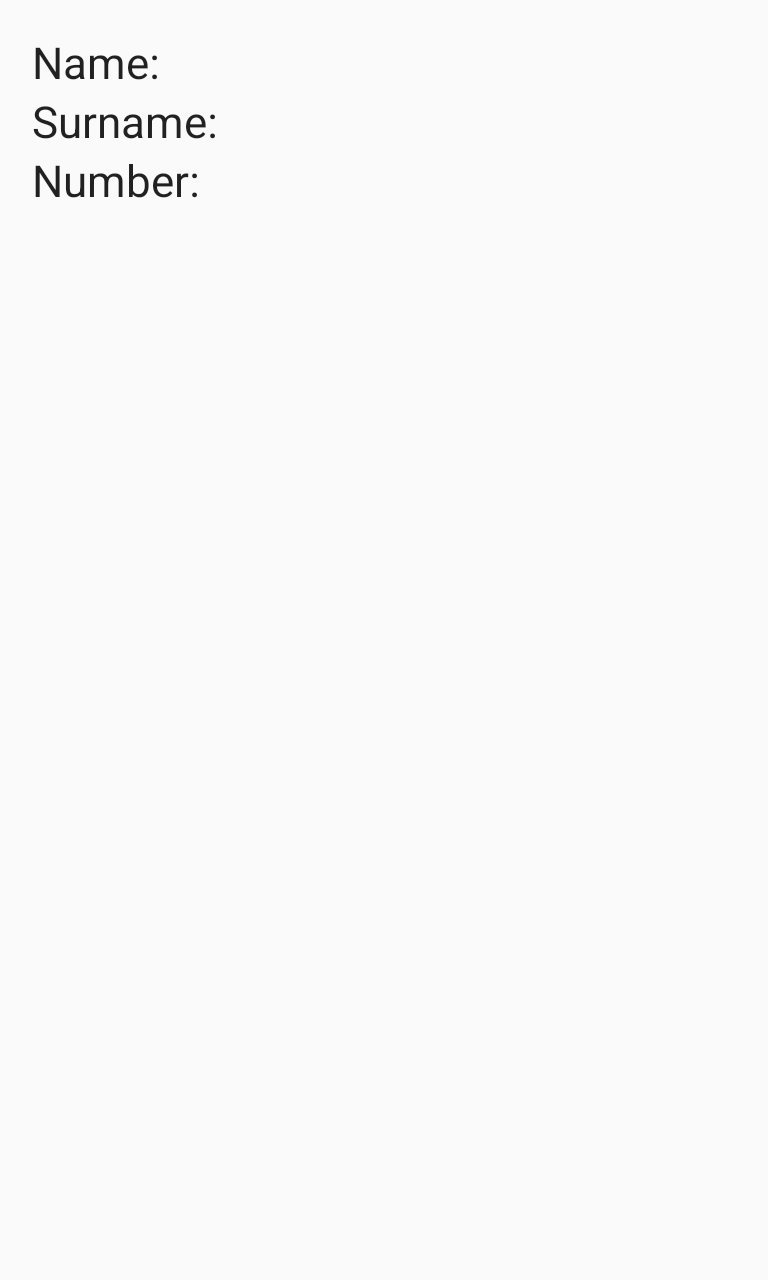
Repository: iliyankg/Iliyan-Georgiev-SID--5037470-A202SGI-Android-Development-Skills-Submission-2014-2015
Layout: PhoneBook/PhoneBook/res/layout/activity_add_contact.xml
These files come from the project's save history. The layout is drawn as it stood at one moment and after the next save; the edit follows.
It is drawn on a 768 x 1280 px phone screen (xhdpi) without system bars, with theme AppTheme; the app's code is not run.

Above is the layout before, as saved 2014-12-08 20:59:31.

### PhoneBook/PhoneBook/res/layout/activity_add_contact.xml
<RelativeLayout xmlns:android="http://schemas.android.com/apk/res/android"
    xmlns:tools="http://schemas.android.com/tools"
    android:layout_width="match_parent"
    android:layout_height="match_parent"
    android:paddingBottom="@dimen/activity_vertical_margin"
    android:paddingLeft="@dimen/activity_horizontal_margin"
    android:paddingRight="@dimen/activity_horizontal_margin"
    android:paddingTop="@dimen/activity_vertical_margin"
    tools:context="com.example.phonebook.AddContact" >

    <TextView
        android:id="@+id/textView1"
        android:layout_width="wrap_content"
        android:layout_height="wrap_content"
        android:layout_alignParentLeft="true"
        android:layout_alignParentTop="true"
        android:text="Name:"
        android:textAppearance="?android:attr/textAppearanceLarge" />

    <TextView
        android:id="@+id/textView2"
        android:layout_width="wrap_content"
        android:layout_height="wrap_content"
        android:layout_alignParentLeft="true"
        android:layout_below="@+id/textView1"
        android:text="Surname:"
        android:textAppearance="?android:attr/textAppearanceLarge" />

    <TextView
        android:id="@+id/textView3"
        android:layout_width="wrap_content"
        android:layout_height="wrap_content"
        android:layout_alignParentLeft="true"
        android:layout_below="@+id/textView2"
        android:text="Number:"
        android:textAppearance="?android:attr/textAppearanceLarge" />

</RelativeLayout>

Loaded but not shown: PhoneBook/PhoneBook/res/values/styles.xml (common file); PhoneBook/PhoneBook/res/values-v11/styles.xml (common file); PhoneBook/PhoneBook/res/values-v14/styles.xml (common file); PhoneBook/PhoneBook/res/values/dimens.xml (common file); PhoneBook/PhoneBook/res/values-w820dp/dimens.xml (common file)

After the next save:
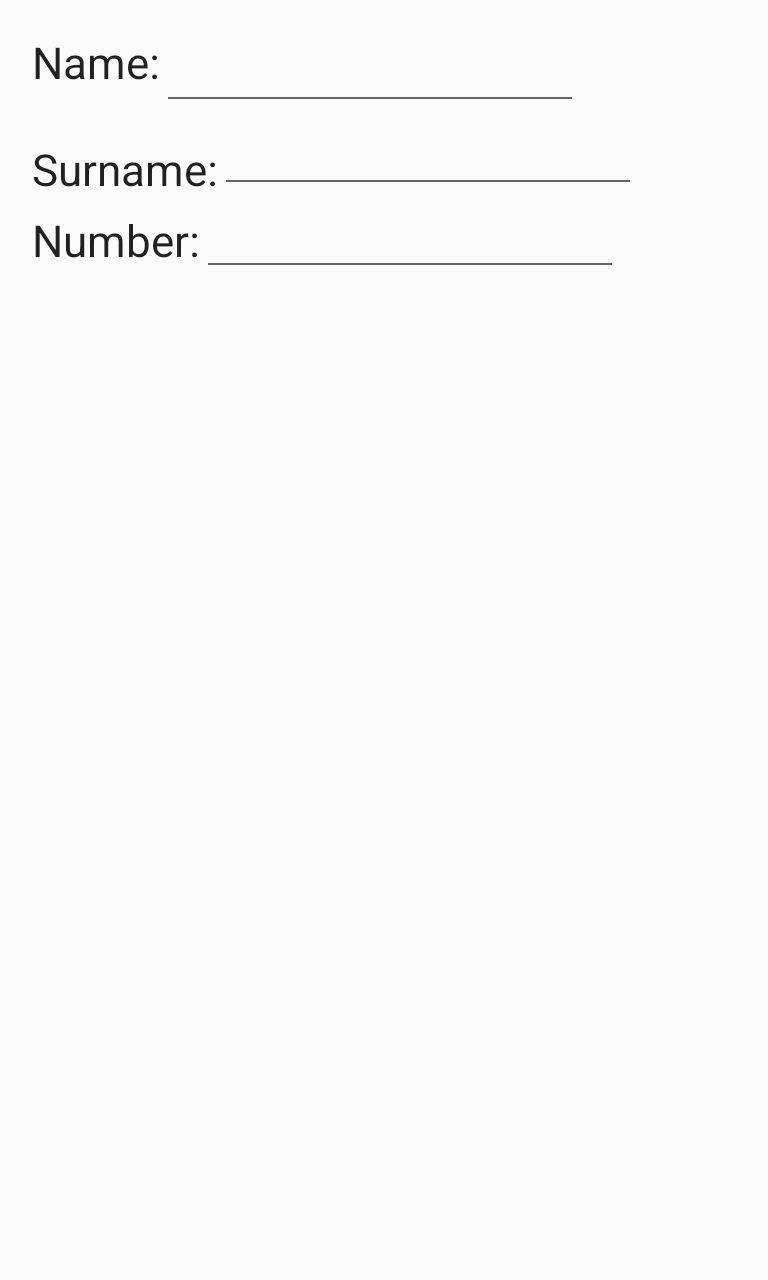
Saved 96 s later.
--- a/PhoneBook/PhoneBook/res/layout/activity_add_contact.xml
+++ b/PhoneBook/PhoneBook/res/layout/activity_add_contact.xml
@@ -17,12 +17,30 @@
         android:text="Name:"
         android:textAppearance="?android:attr/textAppearanceLarge" />
 
+    <EditText
+        android:id="@+id/editText2"
+        android:layout_width="wrap_content"
+        android:layout_height="wrap_content"
+        android:layout_below="@+id/editText1"
+        android:layout_toRightOf="@+id/textView2"
+        android:ems="10"
+        android:inputType="textPersonName" />
+
+    <EditText
+        android:id="@+id/editText3"
+        android:layout_width="wrap_content"
+        android:layout_height="wrap_content"
+        android:layout_below="@+id/editText2"
+        android:layout_toRightOf="@+id/textView3"
+        android:ems="10"
+        android:inputType="phone" />
+
     <TextView
         android:id="@+id/textView2"
         android:layout_width="wrap_content"
         android:layout_height="wrap_content"
-        android:layout_alignParentLeft="true"
-        android:layout_below="@+id/textView1"
+        android:layout_alignBottom="@+id/editText2"
+        android:layout_alignLeft="@+id/textView1"
         android:text="Surname:"
         android:textAppearance="?android:attr/textAppearanceLarge" />
 
@@ -30,9 +48,19 @@
         android:id="@+id/textView3"
         android:layout_width="wrap_content"
         android:layout_height="wrap_content"
-        android:layout_alignParentLeft="true"
-        android:layout_below="@+id/textView2"
+        android:layout_alignBaseline="@+id/editText3"
+        android:layout_alignBottom="@+id/editText3"
+        android:layout_alignLeft="@+id/textView2"
         android:text="Number:"
         android:textAppearance="?android:attr/textAppearanceLarge" />
 
+    <EditText
+        android:id="@+id/editText1"
+        android:layout_width="wrap_content"
+        android:layout_height="wrap_content"
+        android:layout_alignTop="@+id/textView1"
+        android:layout_toRightOf="@+id/textView1"
+        android:ems="10"
+        android:inputType="textPersonName" />
+
 </RelativeLayout>
